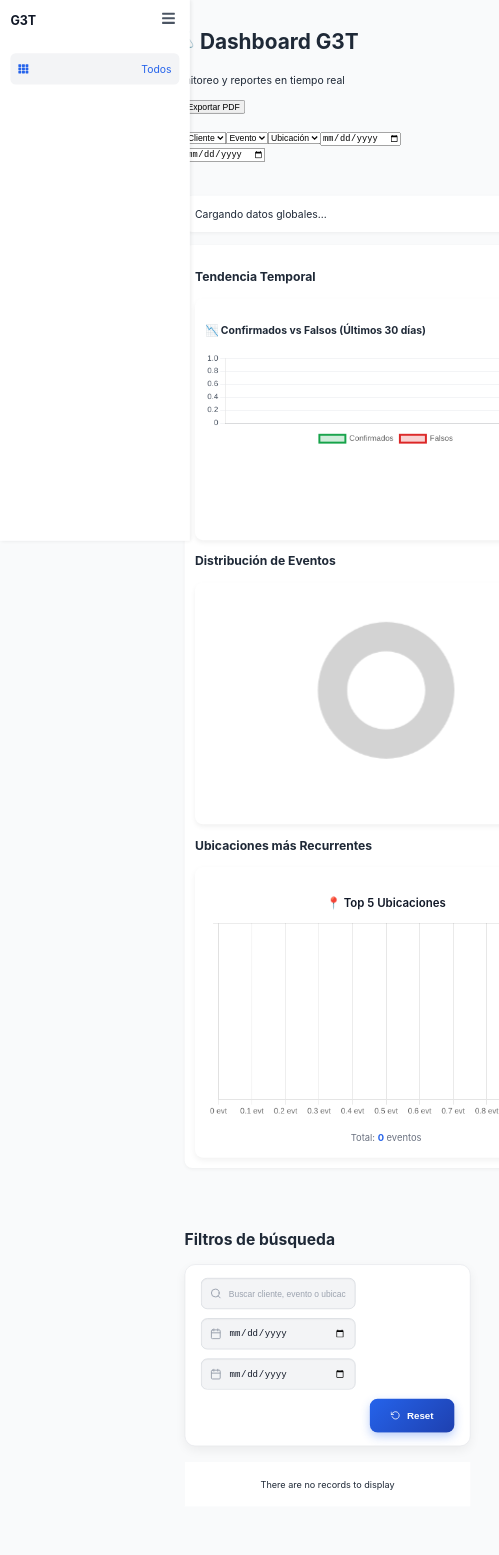
Repository: BBrian11/reportes
Page: /
The author's editor kept a copy of each file at every save. The page is drawn from the files as they stood at one save, then again after the next save.
The browser window is 768 px wide. The pictures show the whole page, at 65% of full size.
The page's requests for data from a server got no answer. The project was rebuilt for these pictures with package versions that can differ from the ones it lists, and the page was loaded fresh each time. Some packages were replaced by stand-ins written for this rebuild. No one was signed in, and anything a server would have sent is missing. Also part of the build but not shown: vite.config.js, src/components/Dashboard/BarChart.jsx, src/styles/tgsstats.css, src/components/Dashboard/TgsStats.jsx, src/styles/edificiostats.css, src/components/Dashboard/EdificioStats.jsx, src/styles/vtvstats.css, src/components/Dashboard/VtvStats.jsx and 6 more.

Above is the page before, as saved 2025-08-01 14:27:33.

### index.html
<!DOCTYPE html>
<html lang="es">
  <head>
    <meta charset="UTF-8" />
    <meta name="viewport" content="width=device-width, initial-scale=1.0" />
    <title>Dashboard G3T</title>
  </head>
  <body>
    <div id="root"></div>
    <script type="module" src="/src/main.jsx"></script>
  </body>
</html>

### src/main.jsx
import React from "react";
import ReactDOM from "react-dom/client";
import App from "./App.jsx";
import "./styles/dashboard.css";
import "./styles/form.css";

ReactDOM.createRoot(document.getElementById("root")).render(
  <React.StrictMode>
    <App />
  </React.StrictMode>
);

### src/App.jsx
import React from "react";
import Dashboard from "./components/Dashboard/Dashboard.jsx";

export default function App() {
  return <Dashboard />;
}

### src/components/Dashboard/Header.jsx
import React from 'react';

export default function Header() {
  return (
    <div className="bg-gradient-to-r from-blue-700 to-indigo-800 text-white p-4 rounded-lg shadow-md flex justify-between items-center mb-4">
      <div>
        <h1 className="text-xl font-bold">📡 Dashboard G3T</h1>
        <p className="text-sm">Monitoreo y reportes en tiempo real</p>
      </div>
      <button className="bg-white text-blue-900 px-4 py-2 rounded shadow hover:bg-gray-200 transition">
        📄 Exportar PDF
      </button>
    </div>
  );
}

### src/components/Dashboard/Filters.jsx
import React from 'react';

export default function Filters() {
  return (
    <div className="bg-white p-4 rounded-lg shadow mb-4 flex flex-wrap gap-2">
      <select className="border p-2 rounded w-full md:w-auto">
        <option>Cliente</option>
      </select>
      <select className="border p-2 rounded w-full md:w-auto">
        <option>Evento</option>
      </select>
      <select className="border p-2 rounded w-full md:w-auto">
        <option>Ubicación</option>
      </select>
      <input type="date" className="border p-2 rounded w-full md:w-auto" />
      <input type="date" className="border p-2 rounded w-full md:w-auto" />
    </div>
  );
}

### src/components/Dashboard/Charts.jsx
import React from "react";
import BarChart from "./BarChart";
import PieChart from "./PieChart";
import LineChart from "./LineChart";
import HorizontalChart from "./HorizontalChart";
import {
  Chart as ChartJS,
  CategoryScale,
  LinearScale,
  BarElement,
  ArcElement,
  PointElement,
  LineElement,
  Title,
  Tooltip,
  Legend,
} from "chart.js";

ChartJS.register(
  CategoryScale,
  LinearScale,
  BarElement,
  ArcElement,
  PointElement,
  LineElement,
  Title,
  Tooltip,
  Legend
);

export default function Charts({ eventos }) {
  return (
    <div className="grid grid-cols-1 lg:grid-cols-2 xl:grid-cols-3 gap-6 mb-6">
      {/* ✅ Eventos por mes */}


      {/* ✅ Tendencia Temporal */}
      <div className="bg-white rounded-xl shadow p-4 hover:shadow-lg transition">
        <h3 className="text-lg font-semibold mb-4">Tendencia Temporal</h3>
        <LineChart eventos={eventos} />
      </div>

      {/* ✅ Distribución por Tipo de Evento */}
      <div className="bg-white rounded-xl shadow p-4 hover:shadow-lg transition">
        <h3 className="text-lg font-semibold mb-4">Distribución de Eventos</h3>
        <PieChart eventos={eventos} />
      </div>

      {/* ✅ Ubicaciones más Recurrentes */}
      <div className="bg-white rounded-xl shadow p-4 hover:shadow-lg transition col-span-2">
        <h3 className="text-lg font-semibold mb-4">Ubicaciones más Recurrentes</h3>
        <HorizontalChart eventos={eventos} />
      </div>

      {/* ✅ Comparativa Día vs Noche */}

    </div>
  );
}

### src/styles/sidebar.css
.sidebar {
    width: 260px;
    background: #fff;
    height: 100vh;
    position: fixed;
    top: 0;
    left: 0;
    display: flex;
    flex-direction: column;
    padding: 16px;
    box-shadow: 2px 0 6px rgba(0, 0, 0, 0.08);
    transition: width 0.3s ease;
    overflow: hidden;
  }

  .sidebar.collapsed {
    width: 80px;
  }

  .sidebar-header {
    display: flex;
    justify-content: space-between;
    align-items: center;
    margin-bottom: 20px;
  }

  .logo-text {
    font-size: 1.2rem;
    font-weight: 700;
    color: #111827;
  }

  .toggle-btn {
    background: none;
    border: none;
    font-size: 1.4rem;
    cursor: pointer;
    color: #4b5563;
  }

  .sidebar ul {
    list-style: none;
    padding: 0;
  }

  .sidebar-item {
    margin-bottom: 6px;
  }

  .sidebar-link {
    display: flex;
    align-items: center;
    justify-content: space-between;
    padding: 12px;
    border-radius: 8px;
    color: #374151;
    cursor: pointer;
    transition: background 0.2s ease;
  }

  .sidebar-link:hover,
  .sidebar-link.active {
    background: #f3f4f6;
    color: #2563eb;
  }

  .sub-menu {
    background: #f9fafb;
    margin-top: 6px;
    border-radius: 6px;
    padding: 8px;
  }

  .search-input {
    width: 100%;
    padding: 6px 10px;
    border-radius: 6px;
    border: 1px solid #d1d5db;
    margin-bottom: 8px;
    font-size: 0.9rem;
  }

  .scrollable-list {
    max-height: 180px; /* ✅ Scroll interno */
    overflow-y: auto;
  }

  .scrollable-list ul {
    list-style: none;
    padding-left: 12px;
    margin: 4px 0;
  }

  .sub-item {
    padding: 6px;
    cursor: pointer;
    border-radius: 4px;
    font-size: 0.9rem;
    color: #4b5563;
  }

  .sub-item:hover {
    background: #e5e7eb;
    color: #111827;
  }

  .grupo {
    margin-bottom: 8px;
  }

  .grupo strong {
    font-size: 0.85rem;
    color: #6b7280;
    display: block;
    margin-bottom: 4px;
  }

### src/components/Dashboard/PieChart.jsx
// src/components/Dashboard/PieChart.jsx
import React, { useEffect } from "react";
import * as echarts from "echarts";

export default function PieChart({ eventos }) {
  useEffect(() => {
    const chartDom = document.getElementById("pieChart");
    const myChart = echarts.init(chartDom);

    const eventCounts = {};
    eventos.forEach((e) => {
      eventCounts[e.evento] = (eventCounts[e.evento] || 0) + 1;
    });

    const data = Object.keys(eventCounts).map((key) => ({
      name: key,
      value: eventCounts[key],
    }));

    myChart.setOption({
      tooltip: { trigger: "item" },
      series: [
        {
          type: "pie",
          radius: ["40%", "70%"],
          avoidLabelOverlap: false,
          label: { show: true, formatter: "{b}: {c}" },
          data: data,
        },
      ],
    });

    return () => myChart.dispose();
  }, [eventos]);

  return   <div className="bar-chart-card"><div id="pieChart" style={{ height: "300px" }}></div></div>;
}

### src/components/Dashboard/HorizontalChart.jsx
import { Bar } from "react-chartjs-2";
import "../../styles/horizontalchart.css"; // ✅ Nueva hoja de estilos

export default function HorizontalChart({ eventos }) {
  const countByLocation = {};
  eventos.forEach(e => {
    countByLocation[e.ubicacion] = (countByLocation[e.ubicacion] || 0) + 1;
  });

  const sorted = Object.entries(countByLocation)
    .sort((a, b) => b[1] - a[1])
    .slice(0, 5);

  const labels = sorted.map(([loc]) => loc);
  const values = sorted.map(([_, count]) => count);
  const total = values.reduce((a, b) => a + b, 0);

  const colors = ["#2563eb", "#16a34a", "#f59e0b", "#dc2626", "#6b7280"];

  const data = {
    labels,
    datasets: [
      {
        label: "Eventos",
        data: values,
        backgroundColor: colors,
        borderRadius: 6,
        barThickness: 28,
      },
    ],
  };

  const options = {
    indexAxis: "y",
    responsive: true,
    maintainAspectRatio: false,
    plugins: {
      legend: { display: false },
      tooltip: {
        callbacks: {
          label: (ctx) => {
            const count = ctx.parsed.x;
            const pct = ((count / total) * 100).toFixed(1);
            return ` ${count} eventos (${pct}%)`;
          },
        },
      },
    },
    scales: {
      x: {
        ticks: {
          callback: (value) => value + " evt",
        },
      },
    },
  };

  return (
    <div className="horizontal-chart-card">
      <h4 className="horizontal-chart-title">📍 Top 5 Ubicaciones</h4>
      <div className="horizontal-chart-wrapper">
        <Bar data={data} options={options} />
      </div>
      <div className="horizontal-chart-footer">
        Total: <span>{total}</span> eventos
      </div>
    </div>
  );
}

### src/styles/eventstable.css
.event-table-card {
    background: #fff;
    border-radius: 12px;
    box-shadow: 0 4px 8px rgba(0,0,0,0.08);
    padding: 20px;
    margin-top: 20px;
    overflow: hidden;
  }

  .table-header {
    display: flex;
    flex-direction: column;
    margin-bottom: 16px;
  }

  .table-title {
    font-size: 1rem;
    font-weight: 700;
    color: #111827;
    display: flex;
    align-items: center;
    gap: 8px;
  }

  .table-subtitle {
    font-size: 0.85rem;
    color: #6b7280;
  }

  .rdt_TableHeader {
    border-bottom: 1px solid #e5e7eb;
  }

  .rdt_Table {
    font-size: 14px;
  }

  .rdt_TableRow {
    transition: background 0.2s ease;
  }

  .rdt_TableRow:hover {
    background: #f9fafb;
  }

  .rdt_Pagination {
    border-top: 1px solid #e5e7eb;
    padding: 10px;
    font-size: 0.85rem;
  }
  .table-header {
    display: flex;
    justify-content: space-between;
    align-items: center;
    margin-bottom: 16px;
    flex-wrap: wrap;
    gap: 12px;
  }

  .table-title-container {
    display: flex;
    flex-direction: column;
  }

  .table-search input {
    padding: 10px 14px;
    border-radius: 8px;
    border: 1px solid #d1d5db;
    font-size: 14px;
    width: 280px;
    transition: 0.3s;
  }

  .table-search input:focus {
    border-color: #2563eb;
    outline: none;
    box-shadow: 0 0 0 2px rgba(37, 99, 235, 0.2);
  }
  /* Botones SweetAlert */
.swal2-popup {
  border-radius: 16px !important;
  padding: 20px !important;
  font-family: 'Poppins', sans-serif;
}

.swal2-title {
  color: #2563eb !important;
  font-size: 20px !important;
  font-weight: bold !important;
}

.swal2-textarea {
  border-radius: 10px !important;
  border: 1px solid #d1d5db !important;
  font-size: 14px;
  min-height: 100px;
}

.btn-save-swal {
  background: #2563eb !important;
  color: white !important;
  border-radius: 8px !important;
  padding: 10px 20px !important;
  font-size: 14px !important;
}

.btn-cancel-swal {
  background: #e5e7eb !important;
  color: #111827 !important;
  border-radius: 8px !important;
  padding: 10px 20px !important;
  font-size: 14px !important;
}/* ===== Contenedor de Filtros ===== */
/* ===== Contenedor de Filtros ===== */
/* ===== Contenedor de Filtros ===== */
/* ===== Contenedor de Filtros ===== */
.filters-container {
  display: grid;
  grid-template-columns: auto; /* Buscador largo + fechas + botón */
  gap: 14px;
  align-items: center;
  background: #f9fafb;
  border: 1px solid #e5e7eb;
  border-radius: 14px;
  padding: 14px 18px;
  margin-bottom: 20px;
  box-shadow: 0 4px 8px rgba(0, 0, 0, 0.05);
}

/* Responsive: Tablets */
@media (max-width: 1024px) {
  .filters-container {
    grid-template-columns: 1fr 1fr;
  }
}

/* Responsive: Mobile */
@media (max-width: 768px) {
  .filters-container {
    grid-template-columns: 1fr;
  }
}

/* ===== Inputs Modernos ===== */
.filters-container .icon-wrapper {
  position: relative;
  width: 100%;
}

.filters-container .icon-wrapper input {
  width: 20%;
  padding: 12px 14px 12px 42px; /* Espacio para ícono */
  border-radius: 10px;
  border: 1px solid #d1d5db;
  background-color: #f3f4f6;
  font-size: 14px;
  color: #111827;
  transition: all 0.3s ease;
  box-shadow: inset 0 1px 2px rgba(0, 0, 0, 0.05);
}

.filters-container .icon-wrapper input:focus {
  border-color: #2563eb;
  background-color: #ffffff;
  outline: none;
  box-shadow: 0 0 0 3px rgba(37, 99, 235, 0.15);
}

/* Placeholder */
.filters-container .icon-wrapper input::placeholder {
  color: #9ca3af;
  font-size: 13px;
}

/* ===== Íconos dentro de inputs ===== */
.filters-container .icon-wrapper svg {
  position: absolute;
  left: 14px;
  top: 50%;
  transform: translateY(-50%);
  color: #9ca3af;
  font-size: 18px;
  pointer-events: none;
}

/* ===== Botón Reset ===== */
.reset-wrapper {
  display: flex;
  justify-content: flex-end;
}

.reset-wrapper button {
  display: flex;
  align-items: center;
  justify-content: center;
  gap: 8px;
  background: linear-gradient(135deg, #2563eb, #1e40af);
  color: #fff;
  font-size: 14px;
  font-weight: 600;
  border: none;
  border-radius: 12px;
  padding: 12px 20px;
  cursor: pointer;
  min-width: 100px;
  height: 46px;
  box-shadow: 0 4px 10px rgba(37, 99, 235, 0.3);
  transition: all 0.3s ease-in-out;
}

.reset-wrapper button:hover {
  background: linear-gradient(135deg, #1e40af, #1d4ed8);
  transform: translateY(-2px);
}

.reset-wrapper button:active {
  transform: scale(0.98);
}
/* Contenedor principal */
.filters-wrapper {
  margin-bottom: 20px;
}
/* ===== Contenedor de Filtros ===== */
/* ===== Contenedor de Filtros ===== */
.filters-container {
  display: grid;
  grid-template-columns: 1fr 300px 300px auto; /* ✅ Ahora los inputs de fecha son más largos */
  gap: 10px;
  align-items: center;
  background: #ffffff;
  border: 1px solid #e5e7eb;
  border-radius: 16px;
  padding: 20px 24px;
  margin-bottom: 24px;
  box-shadow: 0 6px 16px rgba(0, 0, 0, 0.06);
  transition: all 0.3s ease-in-out;
}

/* Hover */
.filters-container:hover {
  box-shadow: 0 10px 24px rgba(0, 0, 0, 0.08);
}

/* ===== Responsive ===== */
@media (max-width: 1200px) {
  .filters-container {
    grid-template-columns: 1fr 1fr; /* ✅ En pantallas medianas: dos columnas */
  }
}

@media (max-width: 768px) {
  .filters-container {
    grid-template-columns: 1fr; /* ✅ En móviles: una columna */
    gap: 14px;
  }
}

/* ===== Inputs ===== */
.icon-wrapper {
  position: relative;
  width: 100%;
}

.icon-wrapper input {
  width: 100%;
  height: 22px; /* Altura uniforme */
  padding: 14px 16px 14px 46px; /* Espacio para ícono */
  border-radius: 12px;
  border: 1px solid #d1d5db;
  background-color: #f9fafb;
  font-size: 15px;
  color: #111827;

  font-weight: 500;
  transition: all 0.3s ease;
  box-shadow: inset 0 1px 2px rgba(0, 0, 0, 0.05);
  min-width: 180px; /* ✅ Forzamos ancho mínimo grande */
}

/* Hover */
.icon-wrapper input:hover {
  background-color: #ffffff;
  border-color: #cbd5e1;
}

/* Focus */
.icon-wrapper input:focus {
  border-color: #2563eb;
  background-color: #ffffff;
  outline: none;
  box-shadow: 0 0 0 4px rgba(37, 99, 235, 0.2);
}

/* Placeholder */
.icon-wrapper input::placeholder {
  color: #9ca3af;
  font-size: 14px;
}

/* ===== Íconos ===== */
.icon-wrapper svg {
  position: absolute;
  left: 50px;
  top: 20%;
  transform: translateY(-50%);
  color: #6b7280;
  font-size: 18px;
  pointer-events: none;
}

/* ===== Botón Reset ===== */
.reset-wrapper {
  display: flex;
  justify-content: flex-end;
}

.reset-wrapper button {
  display: flex;
  align-items: center;
  justify-content: center;
  gap: 10px;
  background: linear-gradient(135deg, #2563eb, #1e40af);
  color: #ffffff;
  font-size: 15px;
  font-weight: 600;
  border: none;
  border-radius: 12px;
  padding: 14px 24px;
  height: 52px;
  min-width: 130px;
  cursor: pointer;
  box-shadow: 0 6px 14px rgba(37, 99, 235, 0.3);
  transition: all 0.3s ease-in-out;
}

/* Hover botón */
.reset-wrapper button:hover {
  background: linear-gradient(135deg, #1e40af, #1d4ed8);
  transform: translateY(-2px);
  box-shadow: 0 10px 18px rgba(37, 99, 235, 0.4);
}

/* Active */
.reset-wrapper button:active {
  transform: scale(0.98);
}

### src/styles/barChart.css
.bar-chart-card {
    background: #fff;
    border-radius: 12px;
    padding: 16px;
    box-shadow: 0 4px 8px rgba(0, 0, 0, 0.06);
    display: flex;
    flex-direction: column;
    gap: 12px;
    height: 340px;
  }

  .bar-chart-title {
    font-size: 1rem;
    font-weight: 600;
    color: #111827;
    text-align: center;
  }

  .bar-chart-wrapper {
    position: relative;
    height: 250px;
  }

### src/styles/horizontalchart.css
.horizontal-chart-card {
    background: #fff;
    border-radius: 12px;
    padding: 20px;
    box-shadow: 0 4px 10px rgba(0, 0, 0, 0.06);
    display: flex;
    flex-direction: column;
    justify-content: space-between;
    height: 100%;
    transition: transform 0.2s ease, box-shadow 0.2s ease;
  }

  .horizontal-chart-card:hover {
    transform: translateY(-4px);
    box-shadow: 0 8px 16px rgba(0, 0, 0, 0.08);
  }

  .horizontal-chart-title {
    font-size: 1.1rem;
    font-weight: 600;
    color: #111827;
    margin-bottom: 16px;
    text-align: center;
  }

  .horizontal-chart-wrapper {
    position: relative;
    height: 300px;
    margin-bottom: 12px;
  }

  .horizontal-chart-footer {
    font-size: 0.9rem;
    color: #6b7280;
    text-align: center;
    margin-top: 8px;
  }

  .horizontal-chart-footer span {
    font-weight: bold;
    color: #2563eb;
  }

Loaded but not shown: src/services/firebase.js (16 lines, source omitted); src/styles/dashboard.css (673 lines, source omitted); src/components/Dashboard/Dashboard.jsx (150 lines, source omitted); src/components/Dashboard/EventsTable.jsx (180 lines, source omitted); src/components/Dashboard/GlobalStats.jsx (148 lines, source omitted); src/components/Dashboard/Sidebar.jsx (143 lines, source omitted); src/components/Dashboard/LineChart.jsx (99 lines, source omitted)

After the next save:
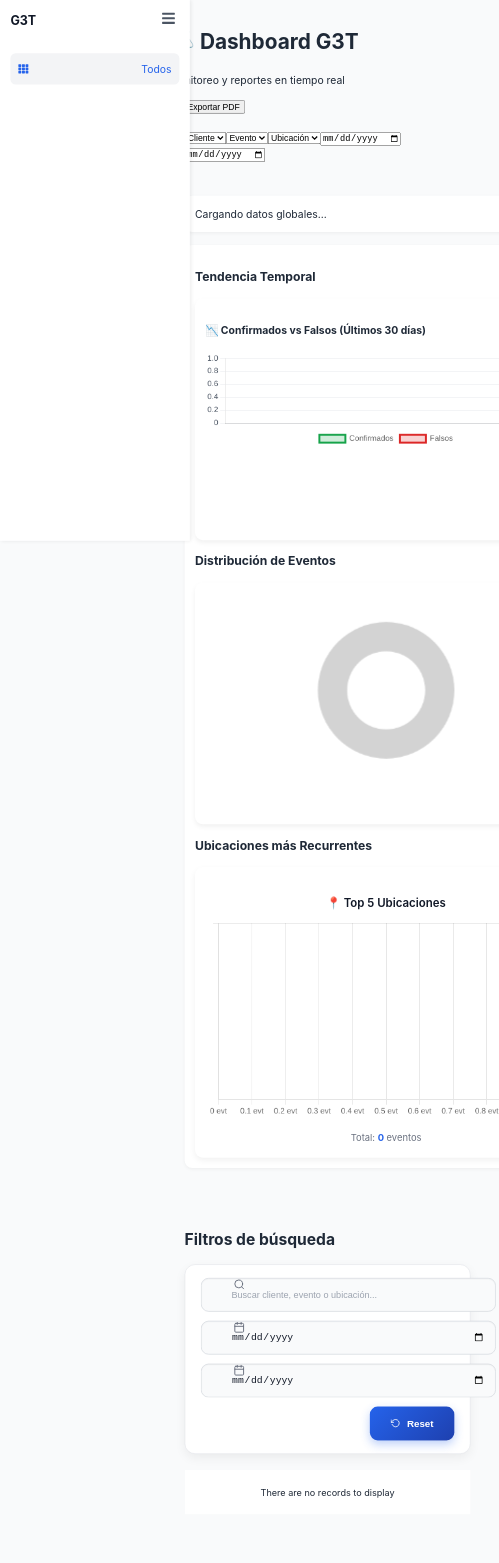
Saved 2 min 23 s later.
--- a/src/styles/eventstable.css
+++ b/src/styles/eventstable.css
@@ -113,115 +113,7 @@
 }/* ===== Contenedor de Filtros ===== */
 /* ===== Contenedor de Filtros ===== */
 /* ===== Contenedor de Filtros ===== */
-/* ===== Contenedor de Filtros ===== */
-.filters-container {
-  display: grid;
-  grid-template-columns: auto; /* Buscador largo + fechas + botón */
-  gap: 14px;
-  align-items: center;
-  background: #f9fafb;
-  border: 1px solid #e5e7eb;
-  border-radius: 14px;
-  padding: 14px 18px;
-  margin-bottom: 20px;
-  box-shadow: 0 4px 8px rgba(0, 0, 0, 0.05);
-}
-
-/* Responsive: Tablets */
-@media (max-width: 1024px) {
-  .filters-container {
-    grid-template-columns: 1fr 1fr;
-  }
-}
-
-/* Responsive: Mobile */
-@media (max-width: 768px) {
-  .filters-container {
-    grid-template-columns: 1fr;
-  }
-}
-
-/* ===== Inputs Modernos ===== */
-.filters-container .icon-wrapper {
-  position: relative;
-  width: 100%;
-}
-
-.filters-container .icon-wrapper input {
-  width: 20%;
-  padding: 12px 14px 12px 42px; /* Espacio para ícono */
-  border-radius: 10px;
-  border: 1px solid #d1d5db;
-  background-color: #f3f4f6;
-  font-size: 14px;
-  color: #111827;
-  transition: all 0.3s ease;
-  box-shadow: inset 0 1px 2px rgba(0, 0, 0, 0.05);
-}
-
-.filters-container .icon-wrapper input:focus {
-  border-color: #2563eb;
-  background-color: #ffffff;
-  outline: none;
-  box-shadow: 0 0 0 3px rgba(37, 99, 235, 0.15);
-}
-
-/* Placeholder */
-.filters-container .icon-wrapper input::placeholder {
-  color: #9ca3af;
-  font-size: 13px;
-}
-
-/* ===== Íconos dentro de inputs ===== */
-.filters-container .icon-wrapper svg {
-  position: absolute;
-  left: 14px;
-  top: 50%;
-  transform: translateY(-50%);
-  color: #9ca3af;
-  font-size: 18px;
-  pointer-events: none;
-}
-
-/* ===== Botón Reset ===== */
-.reset-wrapper {
-  display: flex;
-  justify-content: flex-end;
-}
-
-.reset-wrapper button {
-  display: flex;
-  align-items: center;
-  justify-content: center;
-  gap: 8px;
-  background: linear-gradient(135deg, #2563eb, #1e40af);
-  color: #fff;
-  font-size: 14px;
-  font-weight: 600;
-  border: none;
-  border-radius: 12px;
-  padding: 12px 20px;
-  cursor: pointer;
-  min-width: 100px;
-  height: 46px;
-  box-shadow: 0 4px 10px rgba(37, 99, 235, 0.3);
-  transition: all 0.3s ease-in-out;
-}
-
-.reset-wrapper button:hover {
-  background: linear-gradient(135deg, #1e40af, #1d4ed8);
-  transform: translateY(-2px);
-}
-
-.reset-wrapper button:active {
-  transform: scale(0.98);
-}
-/* Contenedor principal */
-.filters-wrapper {
-  margin-bottom: 20px;
-}
-/* ===== Contenedor de Filtros ===== */
-/* ===== Contenedor de Filtros ===== */
+
 .filters-container {
   display: grid;
   grid-template-columns: 1fr 300px 300px auto; /* ✅ Ahora los inputs de fecha son más largos */

After the save that followed:
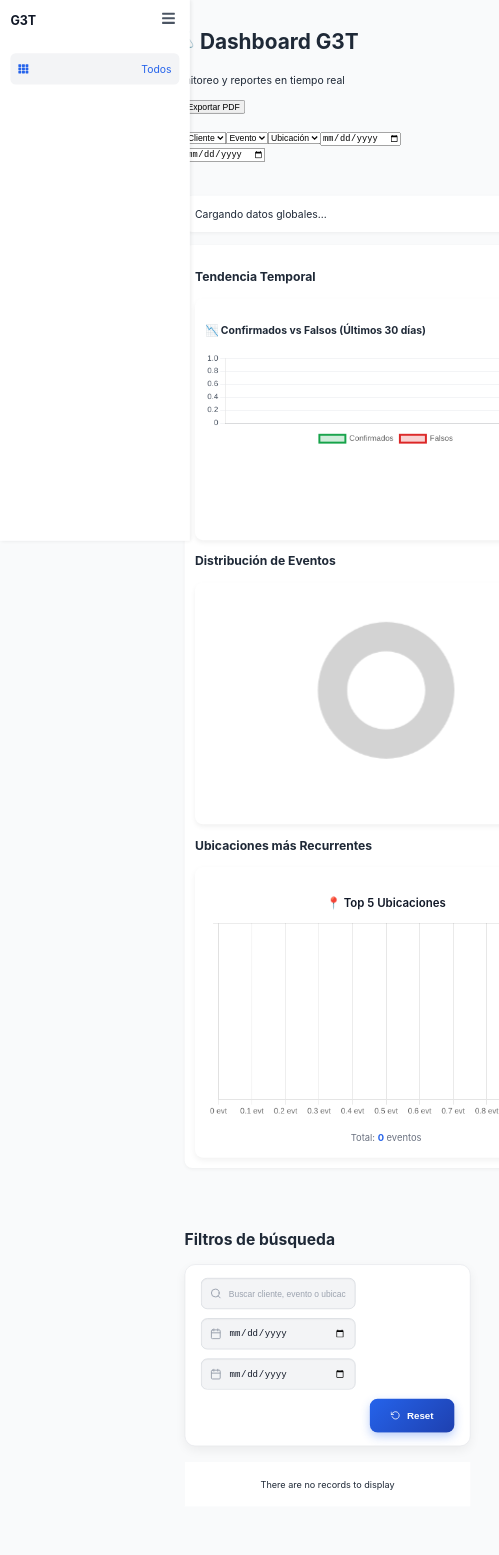
Saved 7 s later.
--- a/src/styles/eventstable.css
+++ b/src/styles/eventstable.css
@@ -113,7 +113,115 @@
 }/* ===== Contenedor de Filtros ===== */
 /* ===== Contenedor de Filtros ===== */
 /* ===== Contenedor de Filtros ===== */
-
+/* ===== Contenedor de Filtros ===== */
+.filters-container {
+  display: grid;
+  grid-template-columns: auto; /* Buscador largo + fechas + botón */
+  gap: 14px;
+  align-items: center;
+  background: #f9fafb;
+  border: 1px solid #e5e7eb;
+  border-radius: 14px;
+  padding: 14px 18px;
+  margin-bottom: 20px;
+  box-shadow: 0 4px 8px rgba(0, 0, 0, 0.05);
+}
+
+/* Responsive: Tablets */
+@media (max-width: 1024px) {
+  .filters-container {
+    grid-template-columns: 1fr 1fr;
+  }
+}
+
+/* Responsive: Mobile */
+@media (max-width: 768px) {
+  .filters-container {
+    grid-template-columns: 1fr;
+  }
+}
+
+/* ===== Inputs Modernos ===== */
+.filters-container .icon-wrapper {
+  position: relative;
+  width: 100%;
+}
+
+.filters-container .icon-wrapper input {
+  width: 20%;
+  padding: 12px 14px 12px 42px; /* Espacio para ícono */
+  border-radius: 10px;
+  border: 1px solid #d1d5db;
+  background-color: #f3f4f6;
+  font-size: 14px;
+  color: #111827;
+  transition: all 0.3s ease;
+  box-shadow: inset 0 1px 2px rgba(0, 0, 0, 0.05);
+}
+
+.filters-container .icon-wrapper input:focus {
+  border-color: #2563eb;
+  background-color: #ffffff;
+  outline: none;
+  box-shadow: 0 0 0 3px rgba(37, 99, 235, 0.15);
+}
+
+/* Placeholder */
+.filters-container .icon-wrapper input::placeholder {
+  color: #9ca3af;
+  font-size: 13px;
+}
+
+/* ===== Íconos dentro de inputs ===== */
+.filters-container .icon-wrapper svg {
+  position: absolute;
+  left: 14px;
+  top: 50%;
+  transform: translateY(-50%);
+  color: #9ca3af;
+  font-size: 18px;
+  pointer-events: none;
+}
+
+/* ===== Botón Reset ===== */
+.reset-wrapper {
+  display: flex;
+  justify-content: flex-end;
+}
+
+.reset-wrapper button {
+  display: flex;
+  align-items: center;
+  justify-content: center;
+  gap: 8px;
+  background: linear-gradient(135deg, #2563eb, #1e40af);
+  color: #fff;
+  font-size: 14px;
+  font-weight: 600;
+  border: none;
+  border-radius: 12px;
+  padding: 12px 20px;
+  cursor: pointer;
+  min-width: 100px;
+  height: 46px;
+  box-shadow: 0 4px 10px rgba(37, 99, 235, 0.3);
+  transition: all 0.3s ease-in-out;
+}
+
+.reset-wrapper button:hover {
+  background: linear-gradient(135deg, #1e40af, #1d4ed8);
+  transform: translateY(-2px);
+}
+
+.reset-wrapper button:active {
+  transform: scale(0.98);
+}
+/* Contenedor principal */
+.filters-wrapper {
+  margin-bottom: 20px;
+}
+/* ===== Contenedor de Filtros ===== */
+/* ===== Contenedor de Filtros ===== */
 .filters-container {
   display: grid;
   grid-template-columns: 1fr 300px 300px auto; /* ✅ Ahora los inputs de fecha son más largos */
